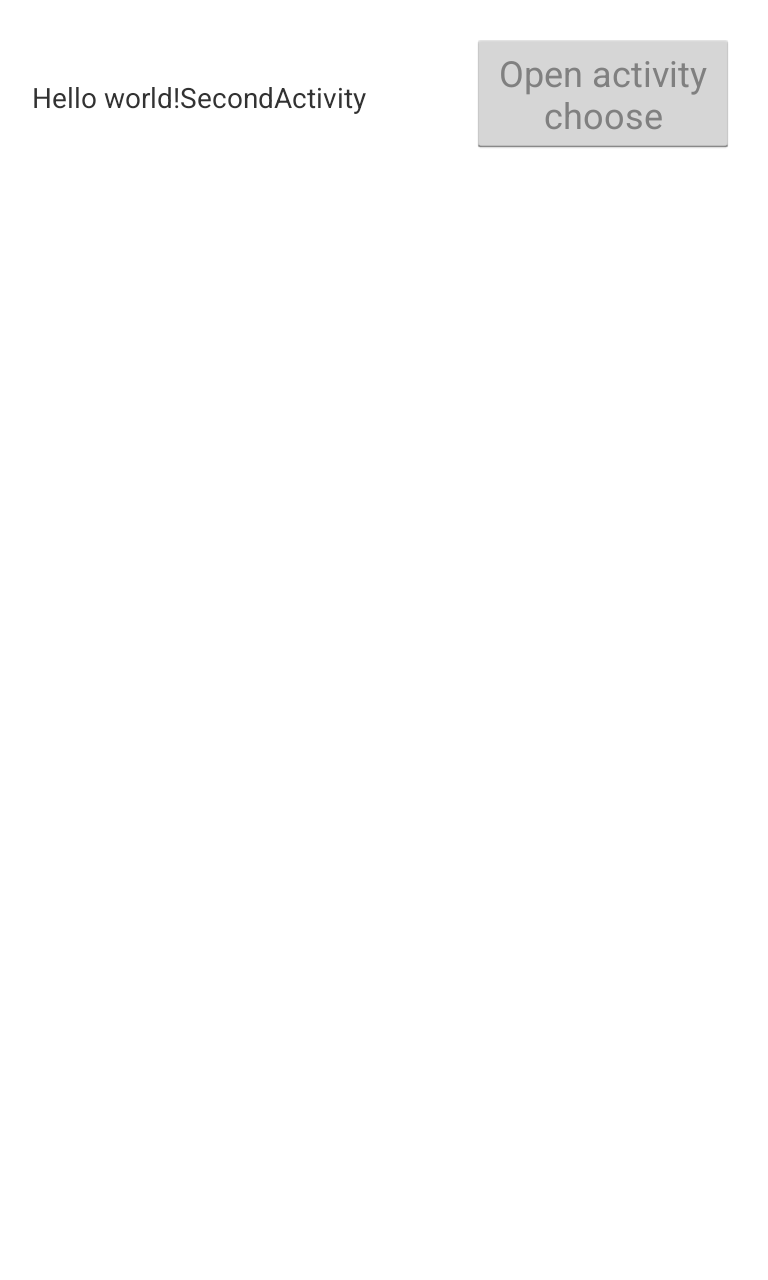
Repository: libelosophy/anjoyo
Layout: workspace/AndroidIntentDemo/res/layout/activity_second.xml
An editor plug-in stored every save of this project. The layout is shown before and after the next save, followed by the edit.
It is drawn on a 768 x 1280 px phone screen (xhdpi) without system bars, with theme AppTheme; the app's code is not run.

Above is the layout before, as saved 2013-09-10 10:43:14.

### workspace/AndroidIntentDemo/res/layout/activity_second.xml
<LinearLayout xmlns:android="http://schemas.android.com/apk/res/android"
    xmlns:tools="http://schemas.android.com/tools"
    android:layout_width="match_parent"
    android:layout_height="match_parent"
    android:paddingBottom="@dimen/activity_vertical_margin"
    android:paddingLeft="@dimen/activity_horizontal_margin"
    android:paddingRight="@dimen/activity_horizontal_margin"
    android:paddingTop="@dimen/activity_vertical_margin"
    tools:context=".SecondActivity" >

    <TextView
        android:id="@+id/textView1"
        android:layout_width="wrap_content"
        android:layout_height="wrap_content"
        android:text="@string/hello_world" />

    <TextView
        android:id="@+id/infoTx"
        android:layout_width="wrap_content"
        android:layout_height="wrap_content"
        android:layout_marginRight="52dp"
        android:text="@string/info" />

    <Button
        android:id="@+id/choose_intent_Btn"
        android:layout_width="wrap_content"
        android:layout_height="wrap_content"
        android:hint="@string/choose_intent"
        />



</LinearLayout>

### workspace/AndroidIntentDemo/res/values/strings.xml
<?xml version="1.0" encoding="utf-8"?>
<resources>

    <string name="app_name">AndroidIntentDemo</string>
    <string name="action_settings">Settings</string>
    <string name="hello_world">Hello world!</string>
    <string name="title_activity_second">SecondActivity</string>

    <string name="info">SecondActivity</string>
    <string name="start_second">硬匹配启动</string>


    <string name="choose_intent">Open activity choose</string>
</resources>

Loaded but not shown: workspace/AndroidIntentDemo/res/values/styles.xml (common file); workspace/AndroidIntentDemo/res/values-v11/styles.xml (common file); workspace/AndroidIntentDemo/res/values-v14/styles.xml (common file); workspace/AndroidIntentDemo/res/values/dimens.xml (common file)

After the next save:
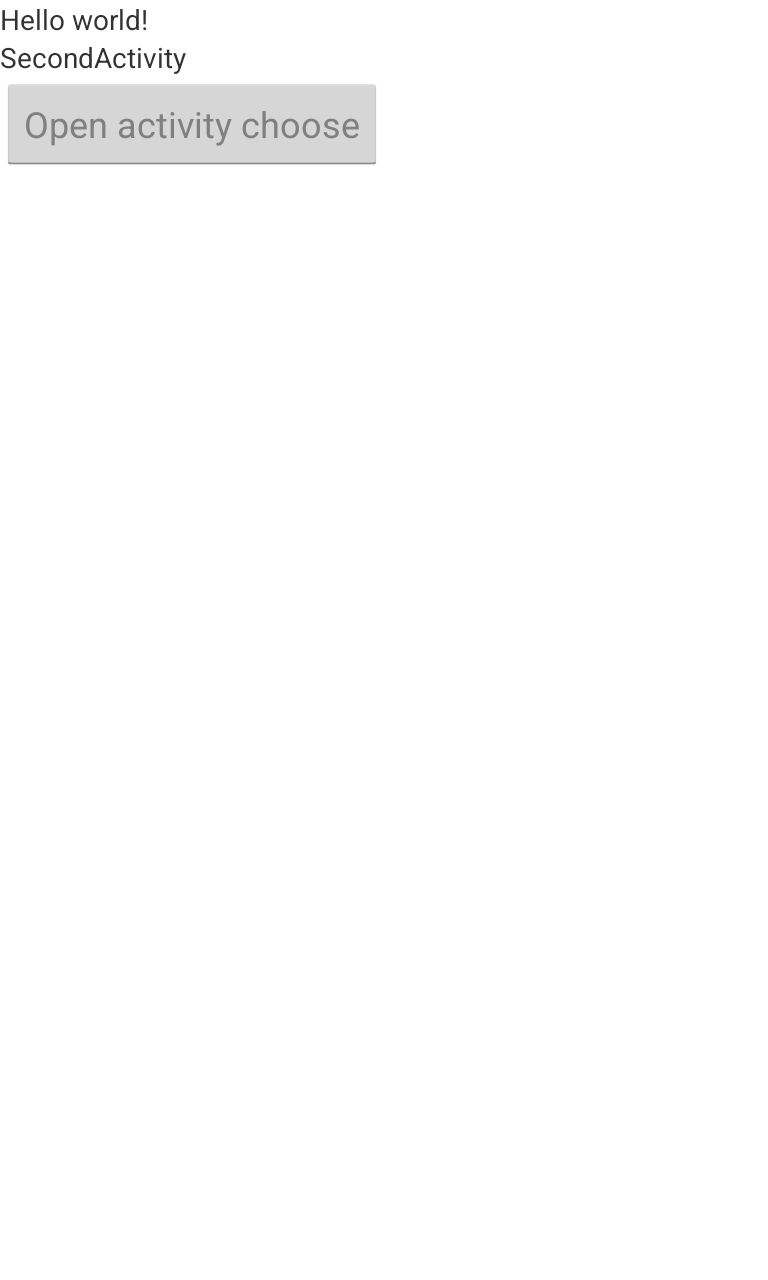
Saved 82 s later.
--- a/workspace/AndroidIntentDemo/res/layout/activity_second.xml
+++ b/workspace/AndroidIntentDemo/res/layout/activity_second.xml
@@ -2,10 +2,7 @@
     xmlns:tools="http://schemas.android.com/tools"
     android:layout_width="match_parent"
     android:layout_height="match_parent"
-    android:paddingBottom="@dimen/activity_vertical_margin"
-    android:paddingLeft="@dimen/activity_horizontal_margin"
-    android:paddingRight="@dimen/activity_horizontal_margin"
-    android:paddingTop="@dimen/activity_vertical_margin"
+    android:orientation="vertical"
     tools:context=".SecondActivity" >
 
     <TextView
